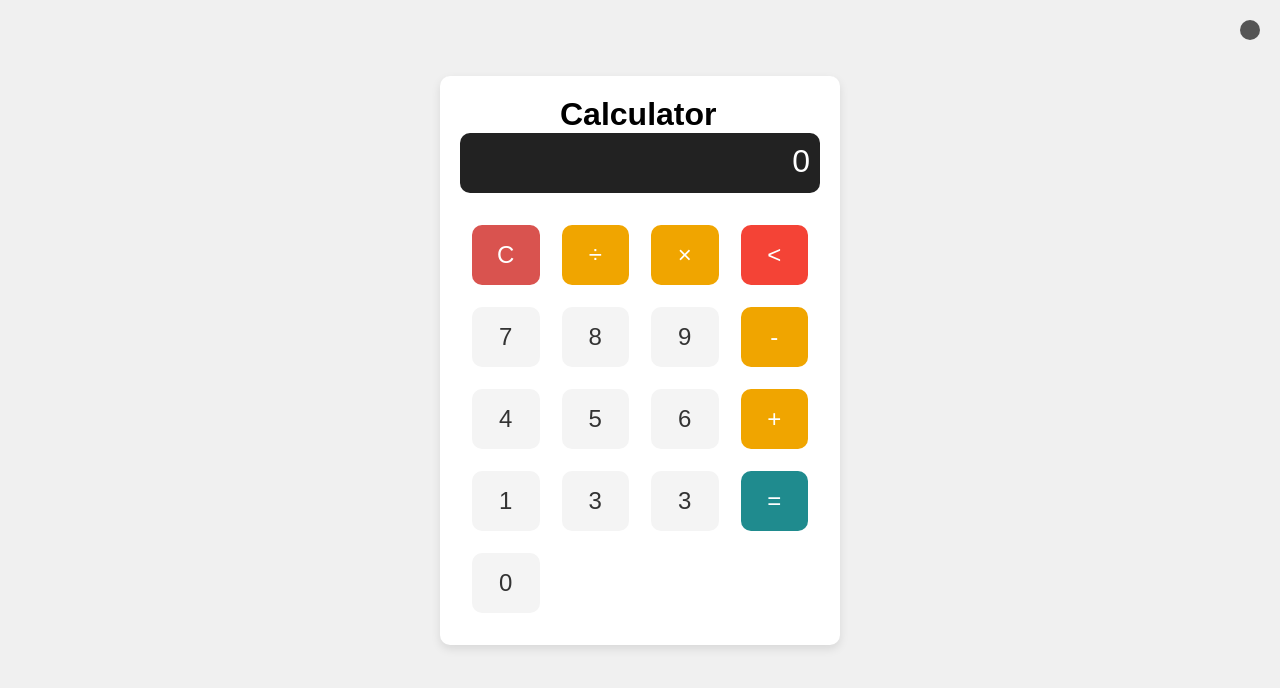
Repository: akhiranandan-04/Calculator
Page: index.html
The author's editor kept a copy of each file at every save. The page is drawn from the files as they stood at one save, then again after the next save.
The browser window is 1280 px wide. The pictures show the whole page.

Above is the page before, as saved 2024-10-09 17:17:12.

### index.html
<!DOCTYPE html>
<html lang="en">
<head>
    <meta charset="UTF-8">
    <meta name="viewport" content="width=device-width, initial-scale=1.0">
    <title>Calculator</title>
    <link rel="stylesheet" href="style.css">
</head>
<body>

    <div class="container">
        <div class="calculater dark">
            <h1>Calculator</h1>
            <div class="theme-toggler active">
                <i class="toggler-icon"></i>
            </div>
            <div class="display-screen">
                <div id="display"><h1>Calculator</h1></div>
            </div>
            <div class="buttons">
                <table>
                    <tr>
                        <td><button class="btn-operater" id="clear">C</button></td>
                        <td><button class="btn-operater" id="/">&divide;</button></td>
                        <td><button class="btn-operater" id="*">&times;</button></td>
                        <td><button class="btn-operater" id="backspace"><</button></td>
                    </tr>
                    <tr>
                        <td><button class="btn-num" id="7">7</button></td>
                        <td><button class="btn-num" id="8">8</button></td>
                        <td><button class="btn-num" id="9">9</button></td>
                        <td><button class="btn-operater" id="-">-</button></td>
                    </tr>
                    <tr>
                        <td><button class="btn-num" id="4">4</button></td>
                        <td><button class="btn-num" id="5">5</button></td>
                        <td><button class="btn-num" id="6">6</button></td>
                        <td><button class="btn-operater" id="+">+</button></td>
                    </tr>
                    <tr>
                        <td><button class="btn-num" id="1">1</button></td>
                        <td><button class="btn-num" id="2">3</button></td>
                        <td><button class="btn-num" id="3">3</button></td>
                        <td><button class="btn-equal" id="equal">=</button></td>
                    </tr>
                    <tr>
                        <td><button class="btn-num" id="0">0</button></td>

                    </tr>
                </table>
            </div>
        </div>
    </div>

    <script src="script.js"></script>

</body>
</html>

### style.css

* {
    margin: 0;
    padding: 0;
    box-sizing: border-box;
    background: linear-gradient(rgba(0,0,0,0.5) red);
}

body {
    font-family: Arial, sans-serif;
    display: flex;
    justify-content: center;
    align-items: center;
    height: 100vh;
    background-color: #f0f0f0;

}

.container {
    display: flex;
    justify-content: center;
    align-items: center;
}
h1{
    align-items: center;
    justify-content: center;
    margin-left: 100px;
}
.calculater {
    width: 400px;
    background-color: #fff;
    border-radius: 10px;
    box-shadow: 0 4px 10px rgba(0, 0, 0, 0.1);
    padding: 20px;
}


.display-screen {
    width: 100%;
    height: 60px;
    background-color: #222;
    color: white;
    border-radius: 10px;
    text-align: right;
    padding: 10px;
    font-size: 2em;
}

.buttons {
    margin-top: 20px;
}

table {
    width: 100%;
    table-layout: fixed;
}

td {
    width: 25%;
    padding: 10px;
}

button {
    width: 100%;
    height: 60px;
    font-size: 1.5em;
    border: none;
    outline: none;
    border-radius: 10px;
    cursor: pointer;
    transition: background-color 0.3s;
}


.btn-num {
    background-color: #f4f4f4;
    color: #333;
}

.btn-operater {
    background-color: #f0a500;
    color: white;
}

.btn-equal {
    background-color: #1f8b8e;
    color: white;
}

button:hover {
    opacity: 0.8;
}

#clear {
    background-color: #d9534f;
    color: white;
}

#backspace {
    background-color: #f44336;
    color: white;
}

/* Theme Toggler */
.theme-toggler {
    position: absolute;
    top: 20px;
    right: 20px;
    background-color: #222;
    color: white;
    padding: 10px;
    border-radius: 50%;
    cursor: pointer;
}

.theme-toggler.active {
    background-color: #555;
}

body.dark .calculater {
    background-color: #333;
}

body.dark .display-screen {
    background-color: #111;
}

body.dark button {
    background-color: #444;
    color: #fff;
}

body.dark #clear {
    background-color: #c9302c;
}

### script.js
const display = document.getElementById('display');
const clear = document.getElementById('clear');
const backspace = document.getElementById('backspace');
const equal = document.getElementById('equal');
const buttons = document.querySelectorAll('.btn-num, .btn-operater');

let currentInput = '';

function updateDisplay() {
    display.innerHTML = currentInput || '0';
}

buttons.forEach(button => {
    button.addEventListener('click', () => {
        const buttonText = button.innerText;

        if (button.classList.contains('btn-num') || button.classList.contains('btn-operater')) {
            currentInput += buttonText;
        }

        updateDisplay();
    });
});

backspace.addEventListener('click', () => {
    currentInput = currentInput.slice(0, -1);
    updateDisplay();
});

clear.addEventListener('click', () => {
    currentInput = '';
    updateDisplay();
});

equal.addEventListener('click', () => {
    try {
        currentInput = eval(currentInput).toString();
    } catch (e) {
        currentInput = 'Error';
    }
    updateDisplay();
});

updateDisplay();

const themeToggler = document.querySelector('.theme-toggler');

themeToggler.addEventListener('click', () => {
    document.body.classList.toggle('dark');
    themeToggler.classList.toggle('active');
});

After the next save:
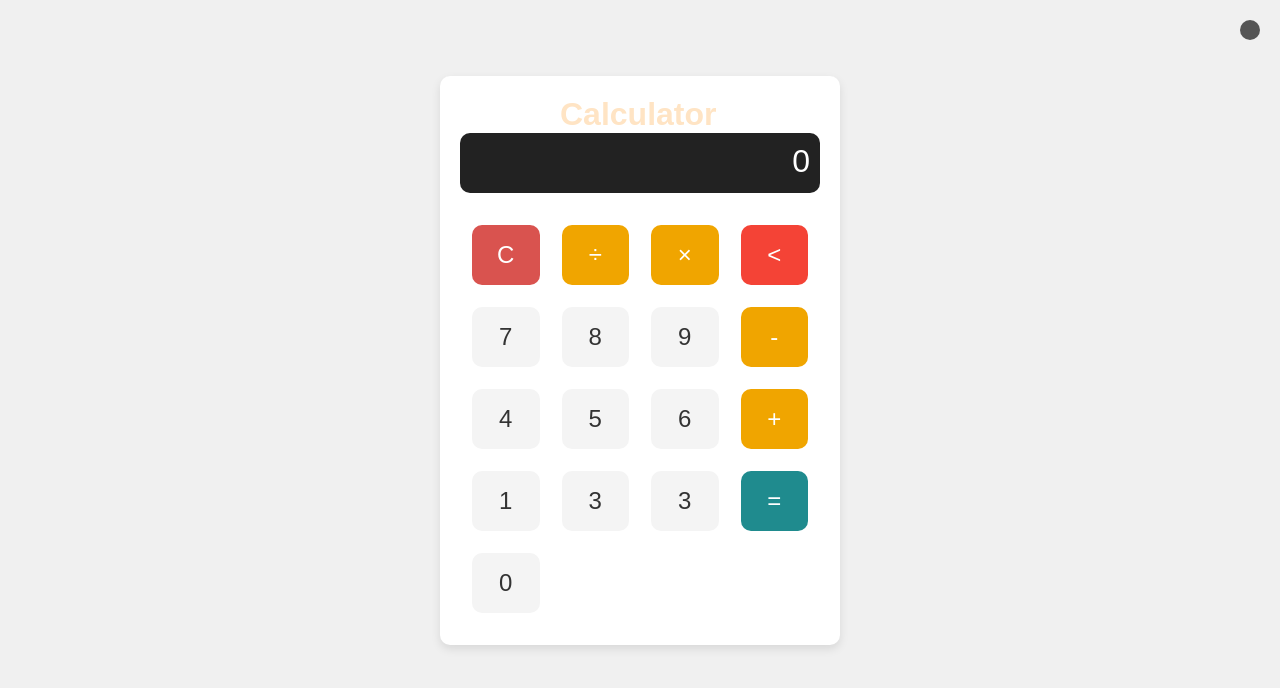
Saved 29 s later.
--- a/style.css
+++ b/style.css
@@ -25,6 +25,7 @@ h1{
     align-items: center;
     justify-content: center;
     margin-left: 100px;
+    color: bisque;
 }
 .calculater {
     width: 400px;
